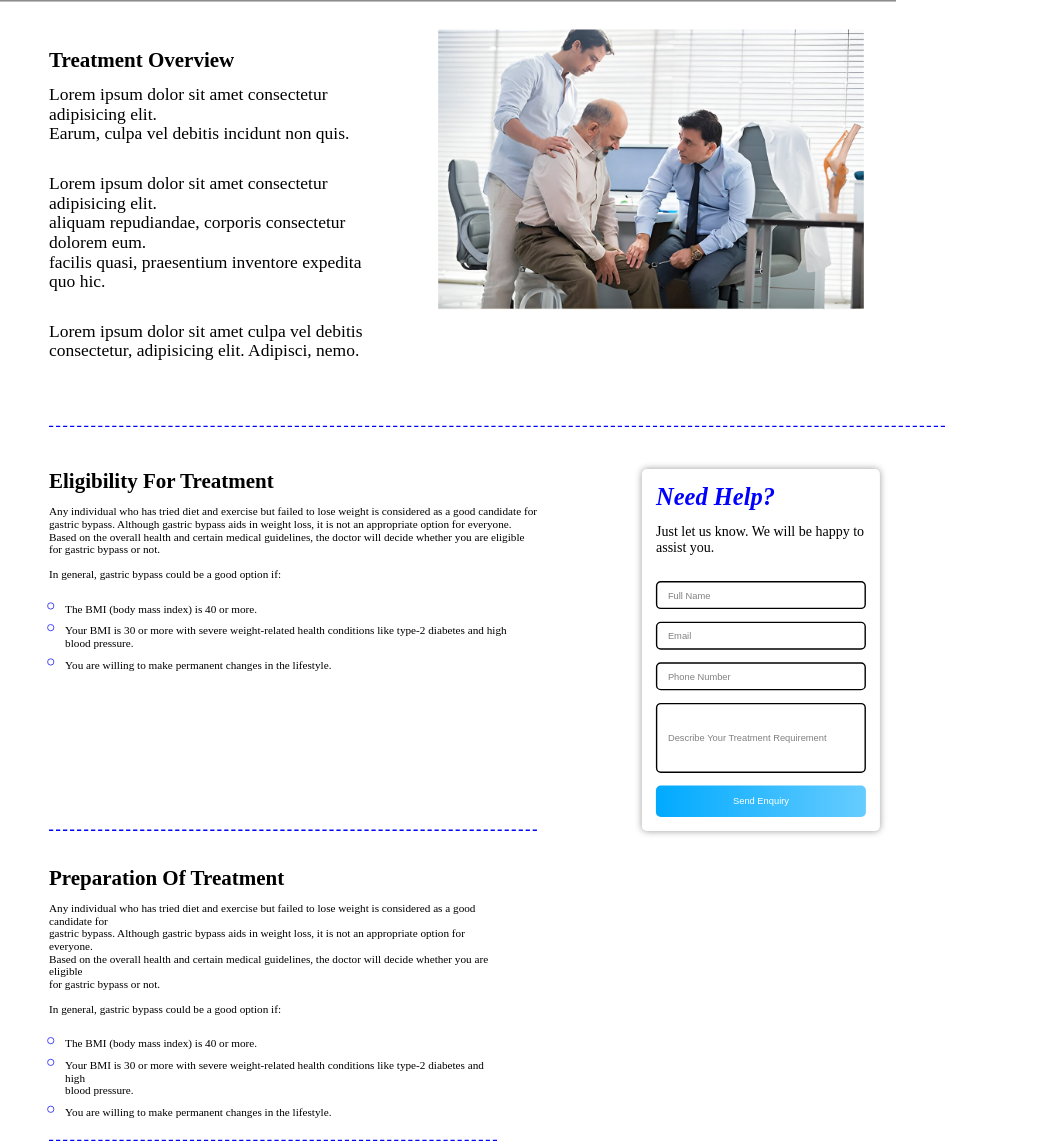
Repository: hetuk2005/webDevelopment
Page: Projects/Aafiya.html
These files come from the project's save history. The page is drawn as it stood at one moment and after the next save; the edit follows.
The browser window is 1280 px wide. The page is 1498 px wide, so the pictures cover 1498 px, including what lies to the right of the window. The pictures show the part of the page from y = 613 to 2253 px (the page is 2253 px tall), at 70% of full size.

Above is the page before, as saved 2025-04-07 11:07:26.

### Projects/Aafiya.html
<!DOCTYPE html>
<html lang="en">

<head>
    <meta charset="UTF-8" />
    <meta name="viewport" content="width=device-width, initial-scale=1.0" />
    <title>Hetuk</title>
    <link rel="stylesheet" href="./CSS/Aafiya.css" />
</head>

<body>
    <nav>
        <div class="child1">
            <div class="images">
                <img src="./Images/Aafiya Logo.svg" alt="Aafiya Logo" class="img1" /><br />
                <img src="./Images/Logo 2.png" alt="Logo" class="img2" />
            </div>
            <div class="image_text">
                <div class="book_text">
                    <img src="./Images/Book.svg" alt="Book" class="img3" />
                    <div class="grid">
                        <br />
                        <p class="text">Second Medical Option</p>
                        <p class="text1">Book Consultation</p>
                    </div>
                </div>
                <div class="call_text">
                    <img src="./Images/Call.svg" alt="Call" class="img4" /><br />
                    <div class="grid">
                        <br />
                        <p class="text">Call Us On</p>
                        <p class="text1">985 896 2222</p>
                    </div>
                </div>
                <div class="mail_text">
                    <img src="./Images/Mail.png" alt="Mail" class="img5" />
                    <div class="grid">
                        <br />
                        <p class="text">Email Us On</p>
                        <p class="text1">info@mediretreats.com</p>
                    </div>
                </div>
                <div class="India">
                    <img src="./Images/India.svg" alt="India Flag" class="img6">
                    <img src="./Images/Dropdown Arrow.svg" alt="Dropdown Arrow" class="img7" />
                </div>
            </div>
        </div>
        <div class="child2">
            <ul>
                <li>Home</li>
                <li>About Us</li>
                <li>Treatments +</li>
                <li>Destinations +</li>
                <li>Hospitals</li>
                <li>FAQs</li>
                <li>Blog</li>
                <li>Request A Quote</li>
            </ul>
            <input type="search" placeholder="Search" />
        </div>
    </nav>
    <div class="home_img">
        <div class="home_child">
            <p class="home_content">Home </p><span> > </span>
            <p class="home_content">Treatments </p> <span> > </span>
            <p class="home_content">Orthopaedics </p> <span> > </span>
            <p class="home_content">Knee Replacement</p>
        </div><br>
        <h3>Total Knee Replacement</h3>
        <p class="home_description">Total knee replacement is a surgery to remove and replace the whole<br> damaged knee joint with an artificial joint.</p><br>
        <button class="enquire_now">Enquire Now</button>
    </div>
    <div class="nav2">
        <ul>
            <li class="list">Overview</li>
            <li>Eligibility</li>
            <li>Preparation</li>
            <li>About Treatment</li>
            <li>Post-Treatment Care</li>
            <li>Recovery Tips</li>
            <li>FAQs</li>
            <li>Patients Stories</li>
        </ul>
    </div>
    <div class="treatment_overview">
        <div class="treatment_text">
            <h3>Treatment Overview</h3>
            <br>
            <p>Lorem ipsum dolor sit amet consectetur adipisicing elit.<br> Earum, culpa vel debitis incidunt non quis.</p>
            <br>
            <p>Lorem ipsum dolor sit amet consectetur adipisicing elit.<br> aliquam repudiandae, corporis consectetur dolorem eum.<br> facilis quasi, praesentium inventore expedita quo hic.
            </p>
            <br>
            <p>Lorem ipsum dolor sit amet culpa vel debitis<br> consectetur, adipisicing elit. Adipisci, nemo.</p>
            <br>
        </div>
        <div class="treatment_img">
            <img src="./Images/treatment_overview (1).jpg" alt="Image" />
        </div>
    </div>
    <div class="eligibility_for_treatment">
        <div class="eligibility_text">
            <h3>Eligibility For Treatment</h3>
            <br>
            <p>Any individual who has tried diet and exercise but failed to lose weight is considered as a good candidate for<br> gastric bypass. Although gastric bypass aids in weight loss, it is not an appropriate option for everyone.<br> Based on the
                overall health and certain medical guidelines, the doctor will decide whether you are eligible<br> for gastric bypass or not.</p>
            <br>
            <p>In general, gastric bypass could be a good option if:</p>
            <br>
            <ul>
                <li>The BMI (body mass index) is 40 or more.</li>
                <li>Your BMI is 30 or more with severe weight-related health conditions like type-2 diabetes and high<br> blood pressure.</li>
                <li>You are willing to make permanent changes in the lifestyle.</li>
            </ul>
        </div>
        <div class="eligibility_form">
            <h3>Need Help?</h3><br>
            <p>Just let us know. We will be happy to<br> assist you.</p><br><br>
            <form>
                <input type="text" placeholder="Full Name" /><br /><br>
                <input type="email" placeholder="Email" /><br /><br>
                <input type="tel" placeholder="Phone Number" /><br /><br>
                <input type="textarea" placeholder="Describe Your Treatment Requirement" class="textarea" /><br /><br>
                <button class="Enquiry">Send Enquiry</button>
            </form>
        </div>
    </div>
    <div class="preparation_of_treatment">
        <h3>Preparation Of Treatment</h3>
        <br>
        <p>Any individual who has tried diet and exercise but failed to lose weight is considered as a good candidate for<br> gastric bypass. Although gastric bypass aids in weight loss, it is not an appropriate option for everyone.<br> Based on the overall
            health and certain medical guidelines, the doctor will decide whether you are eligible<br> for gastric bypass or not.</p>
        <br>
        <p>In general, gastric bypass could be a good option if:</p>
        <br>
        <ul>
            <li>The BMI (body mass index) is 40 or more.</li>
            <li>Your BMI is 30 or more with severe weight-related health conditions like type-2 diabetes and high<br> blood pressure.</li>
            <li>You are willing to make permanent changes in the lifestyle.</li>
        </ul>
    </div>
</body>

</html>

### Projects/CSS/Aafiya.css
* {
    margin: 0;
    padding: 0;
    box-sizing: border-box;
}

nav {
    width: 100%;
}

.child1 {
    display: flex;
    padding-top: 15px;
    gap: 20px;
    /* height: 50vh; */
    /* border: 1px solid black; */
    justify-content: space-evenly;
    align-items: center;
}

.img3,
.img4,
.img5 {
    height: 60px;
    width: 60px;
    padding-top: 10px;
    object-fit: contain;
}

.book_text,
.call_text,
.mail_text {
    display: flex;
    width: 270px;
    /* border: 1px solid red; */
    justify-content: center;
    padding-bottom: 15px;
}

.grid {
    display: grid;
    text-align: left;
    padding-left: 10px;
}

.img1 {
    height: 70px;
    width: 300px;
    object-fit: contain;
}

.img2 {
    height: 80px;
    width: 70px;
    object-fit: contain;
}

.image_text {
    display: flex;
    gap: 20px;
    padding-right: 50px;
}

.images {
    display: flex;
    gap: 25px;
    padding-left: 50px;
    justify-content: center;
    align-items: center;
}

.text1 {
    font-weight: bolder;
    font-size: large;
}

.text {
    font-weight: bold;
    color: gray;
    font-size: large;
}

.India {
    display: flex;
    padding-left: 5px;
    justify-content: center;
    gap: 8px;
}

.India>.img6 {
    height: 50px;
    /* width: 50px; */
    padding-top: 10px;
    object-fit: contain;
}

.India>.img7 {
    height: 40px;
    /* width: 40px; */
    padding-top: 23px;
    object-fit: contain;
}

.child2 {
    display: flex;
    padding-top: 10px;
    /* border: 1px solid black; */
    justify-content: space-evenly;
    align-items: center;
    color: white;
    padding-bottom: 10px;
    background-color: rgb(125, 163, 244);
}

.child2>ul {
    list-style-type: none;
    display: flex;
    gap: 60px;
    justify-content: center;
    font-weight: bold;
    align-items: center;
    font-size: larger;
    padding-right: 60px;
}

.child2>input {
    height: 45px;
    background-color: rgb(125, 163, 244);
    width: 200px;
    padding-left: 10px;
    font-weight: bold;
    border: 2px solid black;
}

.child2>input::placeholder {
    color: white;
    text-align: center;
    font-size: large;
    font-weight: bolder;
    opacity: 0.8;
}

.home_img {
    background-image: url(../Images/Main\ Image.jpg);
    background-position: center center;
    background-size: cover;
    background-repeat: no-repeat;
    padding: 80px 0;
    padding-left: 70px;
    position: relative;
    color: white
}

.home_img>.home_child {
    display: flex;
    gap: 20px;
}

.home_img>.home_child>.home_content,
span {
    font-size: 20px;
    font-weight: bold;
}

.home_img>h3 {
    font-size: 37px;
    font-weight: bolder;
    margin-bottom: 15px;
}

.home_img>.home_description {
    font-size: 19px;
    margin-bottom: 25px;
    font-weight: bold;
}

.home_img>.home_child>span {
    color: red
}

.home_img>.enquire_now {
    background-color: #1da1f2;
    font-weight: bold;
    color: white;
    font-size: 17px;
    width: 170px;
    height: 40px;
}

.nav2>ul {
    list-style-type: none;
    display: flex;
    gap: 50px;
    padding-left: 60px;
    padding-top: 25px;
    padding-bottom: 20px;
    border-bottom: 2px solid gray;
    font-size: larger;
    font-weight: 300;
}

.nav2>ul>.list:hover {
    text-decoration: underline;
}

.treatment_overview {
    display: flex;
    width: 100%;
    gap: 50px;
    margin-bottom: 10px;
    border-bottom: 2px dashed blue;
    margin-left: 70px;
}

.treatment_overview>.treatment_text {
    padding-top: 67px;
    padding-bottom: 50px;
}

.treatment_overview>.treatment_text>p {
    font-size: 25px;
    padding-bottom: 25px;
}

.treatment_overview>.treatment_text>h3 {
    font-weight: bold;
    font-size: 30px;
}

.treatment_overview>.treatment_img>img {
    height: 480px;
    width: 700px;
    padding-top: 40px;
    padding-bottom: 40px;
    object-fit: contain;
    margin-right: 70px;
}

.eligibility_for_treatment {
    display: flex;
    width: 100%;
    gap: 150px;
    padding-top: 50px;
    margin-left: 70px;
}

.eligibility_for_treatment>.eligibility_text {
    border-bottom: 2px dashed blue;
}

.eligibility_for_treatment>.eligibility_text>h3 {
    font-size: 30px;
    font-weight: bold;
}

.eligibility_for_treatment>.eligibility_text>ul {
    list-style-type: circle;
    padding-left: 23px;
}

.eligibility_for_treatment>.eligibility_text>ul>li::marker {
    color: blue;
    font-size: 30px;
    font-weight: bold;
}

.eligibility_for_treatment>.eligibility_form>h3 {
    font-size: 35px;
    color: blue;
    font-weight: bold;
    font-style: italic;
}

.eligibility_form {
    box-shadow: 0 0 10px rgba(0, 0, 0, 0.4);
    border-radius: 7px;
    padding: 20px;
}

.eligibility_for_treatment>.eligibility_form>p {
    font-size: 20px;
}

.eligibility_for_treatment>.eligibility_form>form>input {
    height: 40px;
    width: 300px;
    gap: 20px;
    border: 2px solid black;
    border-radius: 7px;
}

.eligibility_for_treatment>.eligibility_form>form>input::placeholder {
    color: gray;
    padding-left: 15px;
}

.eligibility_for_treatment>.eligibility_form>form>.textarea {
    height: 100px;
    width: 300px;
    border: 2px solid black;
    border-radius: 7px;
}


/*.eligibility_for_treatment>.eligibility_form>form>.textarea::placeholder {
    padding-bottom: 70px;
}*/

.eligibility_for_treatment>.eligibility_form>form>button {
    background: linear-gradient(to right, #00aaff, #66ccff);
    color: white;
    width: 100%;
    border-radius: 7px;
    border: none;
    height: 45px;
}

.preparation_of_treatment>h3 {
    font-size: 30px;
    font-weight: bold;
}

.preparation_of_treatment {
    border-bottom: 2px dashed blue;
    margin-bottom: 10px;
    padding-bottom: 30px;
    gap: 50px;
    padding-top: 50px;
    margin-left: 70px;
    width: 50%;
}

.preparation_of_treatment>ul {
    list-style-type: circle;
    padding-left: 23px;
}

.preparation_of_treatment>ul>li::marker {
    color: blue;
    font-size: 30px;
    font-weight: bold;
}

After the next save:
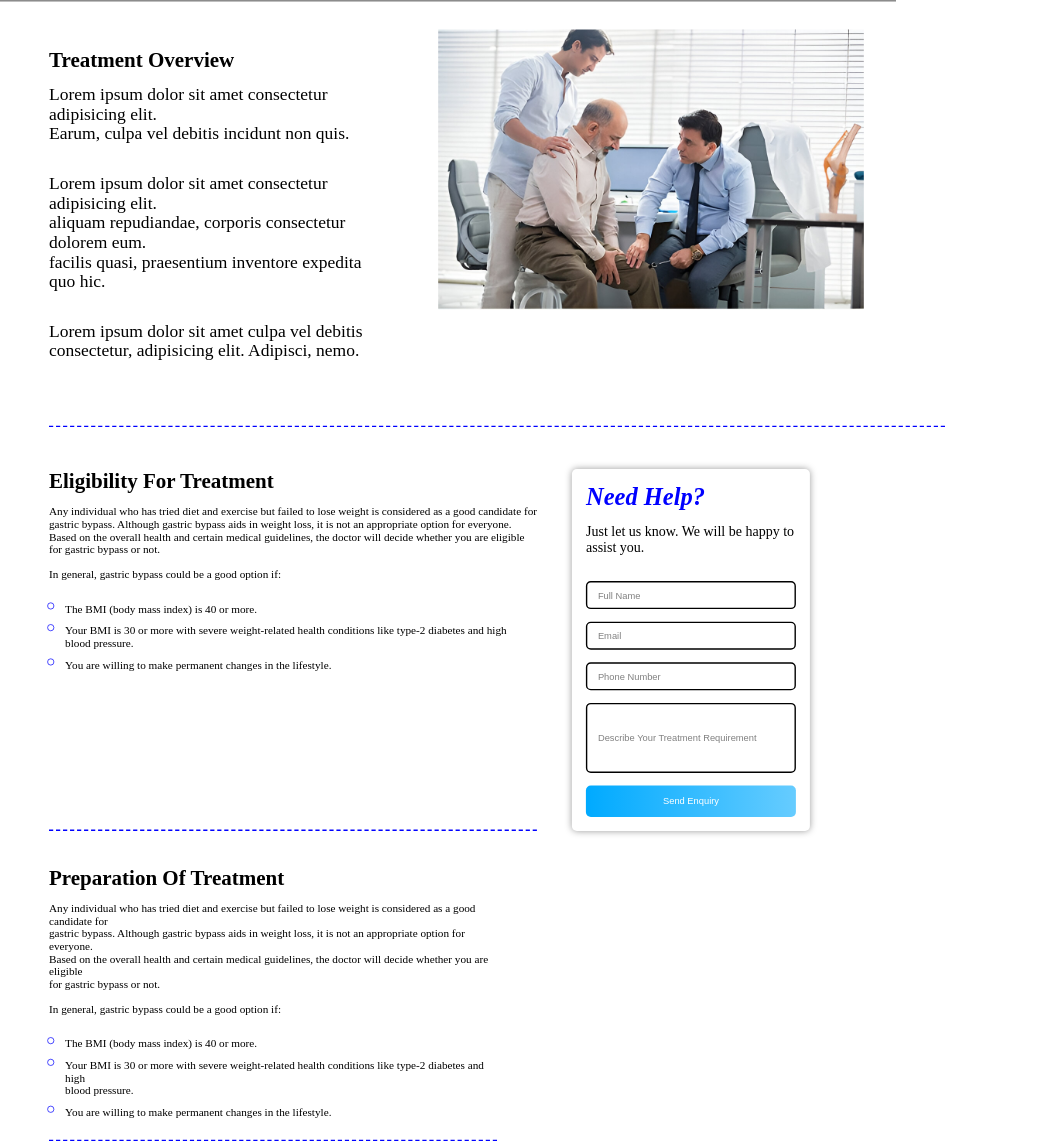
Saved 9 s later.
--- a/Projects/CSS/Aafiya.css
+++ b/Projects/CSS/Aafiya.css
@@ -239,7 +239,7 @@ span {
 .eligibility_for_treatment {
     display: flex;
     width: 100%;
-    gap: 150px;
+    gap: 50px;
     padding-top: 50px;
     margin-left: 70px;
 }
